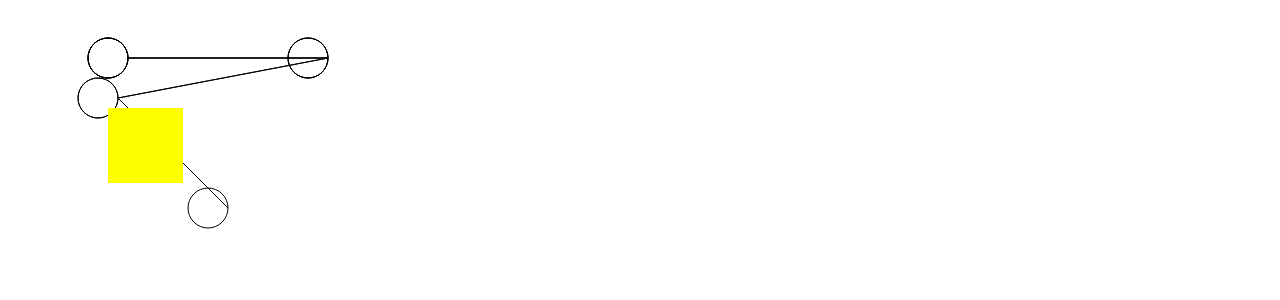
Repository: facio313/Python
Page: HELLO_PYTHON/day17/templates/canvas.html
These files come from the project's save history. The page is drawn as it stood at one moment and after the next save; the edit follows.
The browser window is 1280 px wide. The pictures show the whole page.

Above is the page before, as saved 2022-12-15 10:35:59.

### HELLO_PYTHON/day17/templates/canvas.html
<!DOCTYPE html>
<html>
<head>
<meta charset="UTF-8">
<title>Insert title here</title>
</head>
<body onload="loader()">
<script>
function loader(){
	var canvas = document.getElementById( "canvas" );   // canvas 객체
	var ctx = canvas.getContext( "2d" );      // 2d canvas 획득

	ctx.arc(100, 50, 20, 0, Math.PI*2, false );
	ctx.stroke();

	ctx.arc(300, 50, 20, 0, Math.PI*2, false );
	ctx.stroke();

	ctx.arc(90, 90, 20, 0, Math.PI*2, false );
	ctx.stroke();

	ctx.arc(200, 200, 20, 0, Math.PI*2, false );
	ctx.stroke();

	ctx.fillStyle = "rgba(255, 255, 0, 1)";
	ctx.fillRect (100, 100, 75, 75);
}
</script>

 <canvas id="canvas" width="600" height="500"/>

</body>
</html>

After the next save:
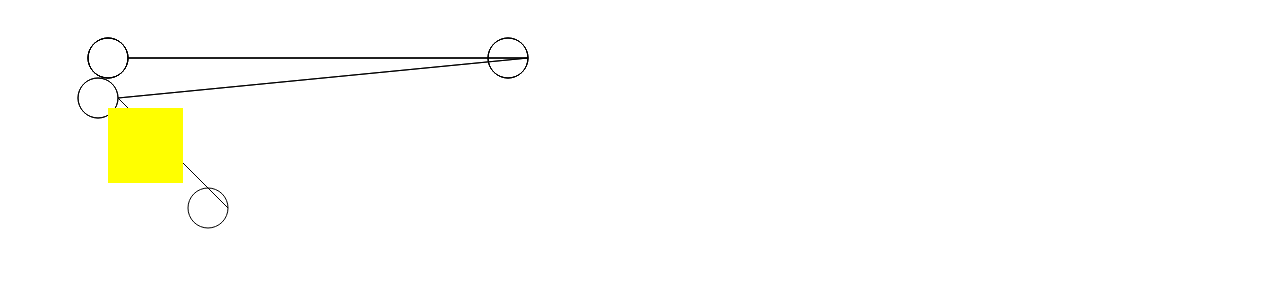
Saved 6 s later.
--- a/HELLO_PYTHON/day17/templates/canvas.html
+++ b/HELLO_PYTHON/day17/templates/canvas.html
@@ -13,7 +13,7 @@ function loader(){
 	ctx.arc(100, 50, 20, 0, Math.PI*2, false );
 	ctx.stroke();
 
-	ctx.arc(300, 50, 20, 0, Math.PI*2, false );
+	ctx.arc(500, 50, 20, 0, Math.PI*2, false );
 	ctx.stroke();
 
 	ctx.arc(90, 90, 20, 0, Math.PI*2, false );
